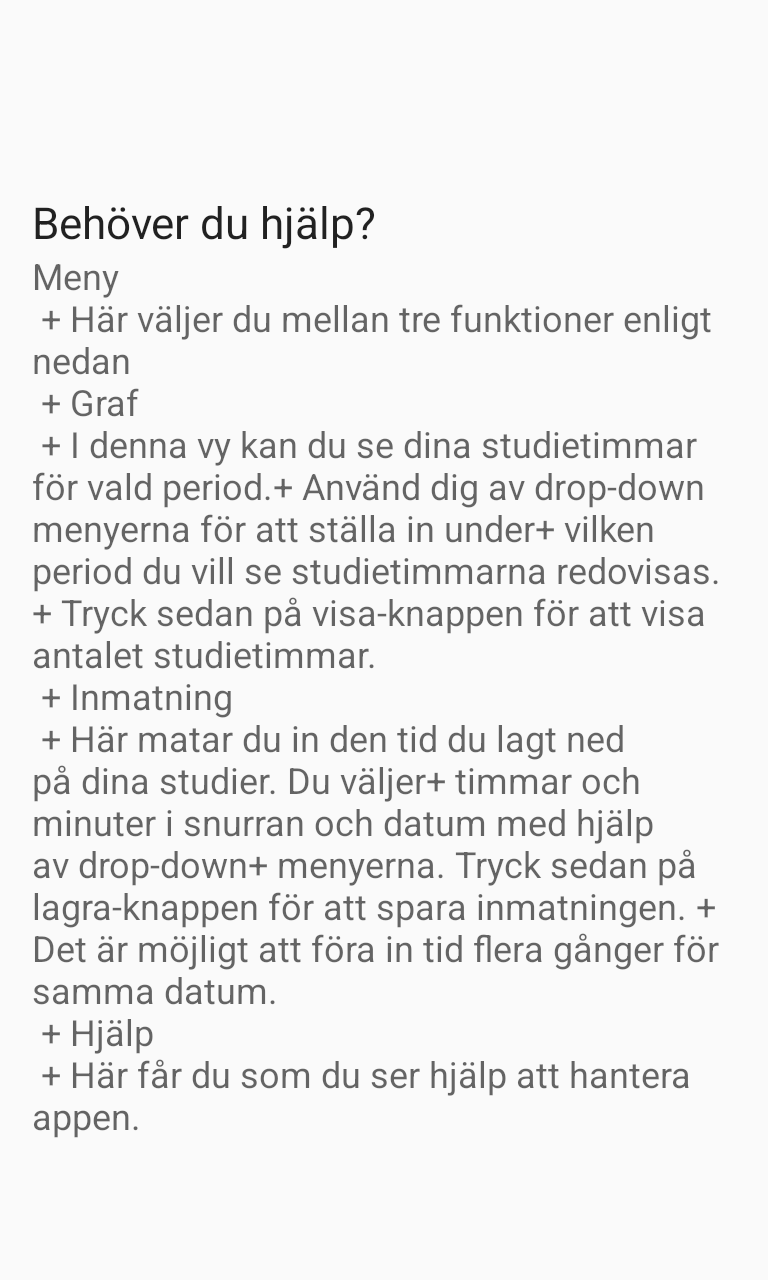
Repository: Dinova/Studiekoll
Layout: Studiekoll/Studiekoll/res/layout/fragment_help.xml
The author's editor kept a copy of each file at every save. The layout is drawn from the files as they stood at one save, then again after the next save.
It is drawn on a 768 x 1280 px phone screen (xhdpi) without system bars, with theme AppTheme; the app's code is not run.

Above is the layout before, as saved 2014-05-16 09:49:56.

After the next save:
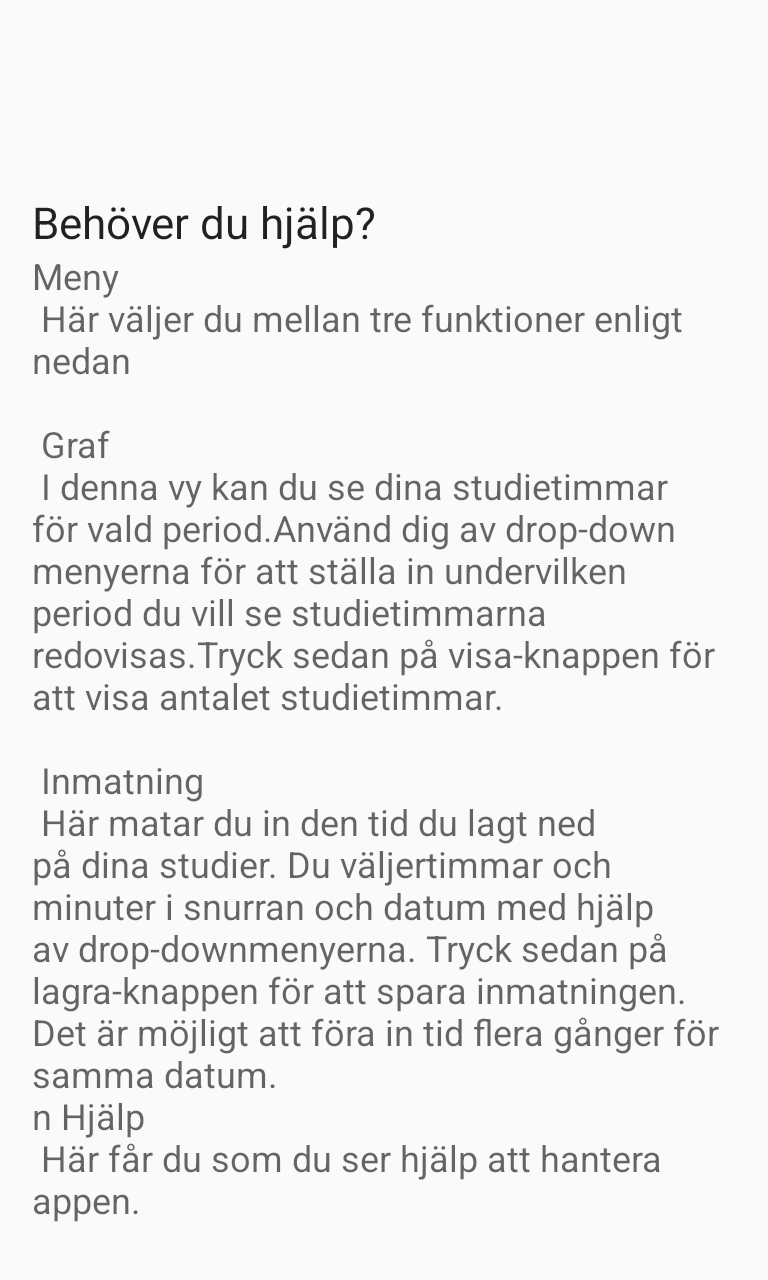
Saved 108 s later.
--- a/Studiekoll/Studiekoll/res/values/strings.xml
+++ b/Studiekoll/Studiekoll/res/values/strings.xml
@@ -10,21 +10,21 @@
     <string name="title_activity_help">Hjälp</string>
     <string name="help_text">
         "Meny\n"
-        + "Här väljer du mellan tre funktioner enligt nedan\n"
-        + "Graf\n"
+        "Här väljer du mellan tre funktioner enligt nedan\n\n"
 
-        + "I denna vy kan du se dina studietimmar för vald period."
-        + "Använd dig av drop-down menyerna för att ställa in under"
-        + "vilken period du vill se studietimmarna redovisas."
-        + "Tryck sedan på "visa"-knappen för att visa antalet studietimmar.\n"
+        "Graf\n"
+        "I denna vy kan du se dina studietimmar för vald period."
+        "Använd dig av drop-down menyerna för att ställa in under"
+        "vilken period du vill se studietimmarna redovisas."
+        "Tryck sedan på "visa"-knappen för att visa antalet studietimmar.\n\n"
 
-        + "Inmatning\n"
-        + "Här matar du in den tid du lagt ned på dina studier. Du väljer"
-        + "timmar och minuter i snurran och datum med hjälp av drop-down"
-        + "menyerna. Tryck sedan på "lagra"-knappen för att spara inmatningen."
-        + "Det är möjligt att föra in tid flera gånger för samma datum.\n"
+        "Inmatning\n"
+        "Här matar du in den tid du lagt ned på dina studier. Du väljer"
+        "timmar och minuter i snurran och datum med hjälp av drop-down"
+        "menyerna. Tryck sedan på "lagra"-knappen för att spara inmatningen."
+        "Det är möjligt att föra in tid flera gånger för samma datum.\nn"
 
-        + "Hjälp\n"
-        + "Här får du som du ser hjälp att hantera appen."</string>
+        "Hjälp\n"
+        "Här får du som du ser hjälp att hantera appen."</string>
 
 </resources>
